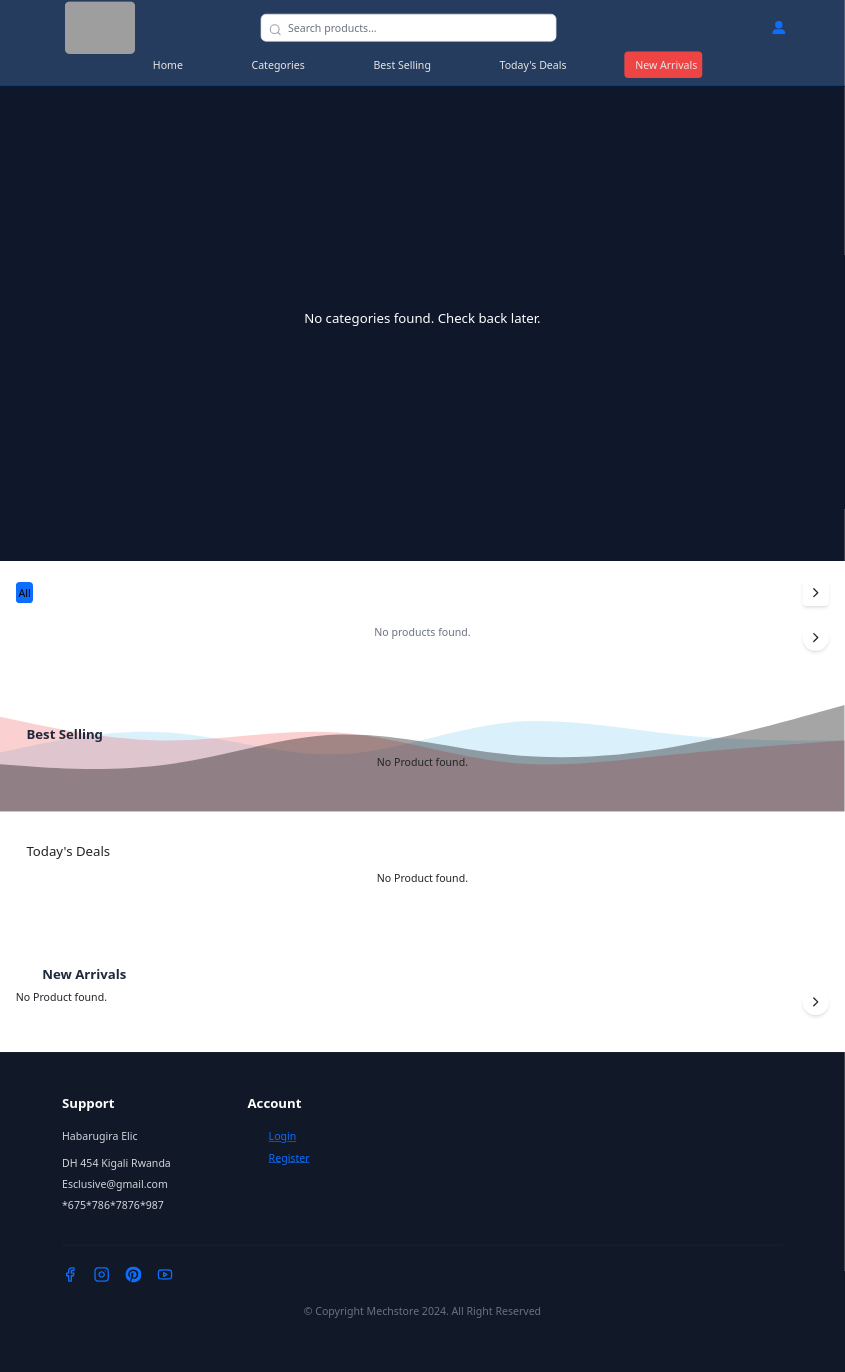
Repository: magicdeveloper250/future
Page: / (app in frontend/)
These files come from the project's save history. The page is drawn as it stood at one moment and after the next save; the edit follows.
The browser window is 1280 px wide. The pictures show the whole page, at 66% of full size.
Pictures or frames that could not be fetched are drawn as grey boxes. The page's requests for data from a server got no answer. The project was rebuilt for these pictures with package versions that can differ from the ones it lists, and the page was loaded fresh each time. No one was signed in, and anything a server would have sent is missing. Also part of the build but not shown: frontend/vite.config.js, frontend/src/hooks/useUser.js, frontend/src/components/Sidebar.jsx, frontend/src/components/Header.jsx, frontend/src/pages/DashboardPage.jsx, frontend/src/pages/ProductPage.jsx, frontend/src/components/ProductT.jsx, frontend/src/components/Card.jsx and 18 more.

Above is the page before, as saved 2025-03-26 16:20:49.

### frontend/src/index.css
@import url('https://fonts.googleapis.com/css2?family=Lexend:wght@100..900&display=swap');

@tailwind base;
@tailwind components;
@tailwind utilities;
@layer utilities {
    .no-scrollbar::-webkit-scrollbar {
      display: none;
    }
    .no-scrollbar {
      -ms-overflow-style: none;
      scrollbar-width: none;
    }
  }

.index-nav-container{
    display: flex;
    flex-direction: column;
}
.navbar-brand{
    width: 100px;
    height: 50px;
}
.main-container{
display: flex;
flex-direction: column;
margin-top: 130px;
}
.hero{
    display: flex;
    justify-content: space-between;
}
#categories{
    display: flex;
    justify-content: center;
    align-items: center;

}

.orders-container {
    width: 100%;
    display: grid;
    grid-template-columns: repeat(auto-fit, minmax(250px, 1fr));
    place-items: center;
    gap: 1em;
}
.arrivals-container {
    width: 100%;
    display:  flex;
    justify-content: center;
    flex-wrap: wrap;
    align-items: center;

    gap: 1em;
}

@media (max-width: 768px) {
    .main-container {
      display: flex;
      flex-direction: column;
      margin-top: 80px;
    }
  }

### frontend/src/pages/HomePage.jsx
import Sidebar from "../components/Sidebar"
import Card from "../components/Card"
import { BsBag, BsTruck, BsCart4 } from "react-icons/bs";
import FantasticHomeNavbar from "../components/FantasticHomeNavbar/FantasticHomeNavbar"
import Categories from "../components/Categories/Categories"
import NewArrivals from "../components/NewArrivals/NewArrivals"
import HeroCarousel from "../components/HeroCarousel/HeroCarousel";
import Footer from "../components/Footer";
import BestSelling from "../components/BestSelling";
import TodayDeals from "../components/TodayDeals";
function HomePage() {
  return  <>
          <section id="header">
              <FantasticHomeNavbar/>
          </section>

          <div className="main-container">
              <div id="hero" className="flex justify-between">

                   <HeroCarousel/>
              </div>
              <section id="categories">
              <Categories/>
              </section>

              <section id="best-selling">
                <BestSelling/>
              </section>

              <section id="today-deals">
                <TodayDeals/>
              </section>
              <section id="new-arrivals">
                <NewArrivals/>

              </section>
              <section id="footer">
                <Footer/>
              </section>
          </div>




  </>
}

export default HomePage

### frontend/src/contexts/ErrorContext.jsx
import { createContext, useState } from "react";
const ErrorContext = createContext(null);
export const ErrorContextProvider = ({ children }) => {
  const [error, setError] = useState();
  return (
    <ErrorContext.Provider value={{ error, setError }}>
      {children}
    </ErrorContext.Provider>
  );
};

export default ErrorContext;

### frontend/src/contexts/ToastContext.jsx
import { Children, createContext, useState } from "react";

const ToastContext = createContext(null);

export const ToastProvider = ({ children }) => {
  const [toastMessage, setToastMessage] = useState();
  return (
    <ToastContext.Provider value={{ toastMessage, setToastMessage }}>
      {children}
    </ToastContext.Provider>
  );
};

export default ToastContext;

### frontend/src/components/Toast.jsx
import { useEffect, useState } from "react";
import useToast from "../hooks/useToast";

const ToastContainer = ({ position = "bottom-end", className, children }) => {
  const positionClasses = {
    "top-start": "top-0 left-0",
    "top-center": "top-0 left-1/2 -translate-x-1/2",
    "top-end": "top-0 right-0",
    "middle-start": "top-1/2 left-0 -translate-y-1/2",
    "middle-center": "top-1/2 left-1/2 -translate-x-1/2 -translate-y-1/2",
    "middle-end": "top-1/2 right-0 -translate-y-1/2",
    "bottom-start": "bottom-0 left-0",
    "bottom-center": "bottom-0 left-1/2 -translate-x-1/2",
    "bottom-end": "bottom-0 right-0",
  };

  return (
    <div className={`fixed p-3 z-50 ${positionClasses[position]} ${className}`}>
      {children}
    </div>
  );
};

const Toast = ({ onClose, show, delay, autohide, bg, children }) => {
  const bgColors = {
    success: "bg-green-500 text-white",
    danger: "bg-red-500 text-white",
    warning: "bg-yellow-500 text-black",
    info: "bg-blue-500 text-white",
    primary: "bg-blue-600 text-white",
    secondary: "bg-gray-600 text-white",
    light: "bg-gray-100 text-black",
    dark: "bg-gray-800 text-white",
  };

  useEffect(() => {
    if (show && autohide) {
      const timer = setTimeout(() => {
        onClose();
      }, delay);
      return () => clearTimeout(timer);
    }
  }, [show, autohide, delay, onClose]);

  if (!show) return null;

  return (
    <div
      className={`
        rounded shadow-lg min-w-[200px] max-w-[350px]
        transition-opacity duration-300 ease-in-out
        ${bgColors[bg] || bgColors.light}
      `}
    >
      <div className="relative">
        <button
          onClick={onClose}
          className="absolute right-2 top-2 text-current opacity-70 hover:opacity-100"
        >
          ×
        </button>
        <div className="p-3">
          {children}
        </div>
      </div>
    </div>
  );
};

function MyToast() {
  const { toastMessage } = useToast();
  const [show, setShow] = useState(false);

  useEffect(() => {
    setShow(true);
  }, [toastMessage]);

  return (
    toastMessage && (
      <ToastContainer position="bottom-end" className="p-3">
        <Toast
          onClose={() => setShow(false)}
          show={show}
          delay={3000}
          autohide
          bg={toastMessage.variant.toLowerCase()}
        >
          <div>{toastMessage.message}</div>
        </Toast>
      </ToastContainer>
    )
  );
}

export default MyToast;

### frontend/src/contexts/userSessionContext.jsx
import { createContext, useState } from "react";

const userSessionContext = createContext({});
export const AuthProvider = ({ children }) => {
  const [auth, setAuth] = useState();
  return (
    <userSessionContext.Provider value={{ auth, setAuth }}>
      {children}
    </userSessionContext.Provider>
  );
};
export default userSessionContext;

### frontend/src/contexts/MessagesContext.jsx
import { createContext, useState } from "react";

const MessagesContext = createContext(null);

export const MessagesProvider = ({ children }) => {
  const [newMessage, setMessage] = useState([]);
  const setNewMessage = (message) => {
    setMessage((prev) => {
      const isDuplicate = prev.some(msg =>
        JSON.stringify(msg) === JSON.stringify(message)
      );
      return isDuplicate ? prev : [...prev, message];
    });
  };
  const clearMessages = () => {
    setMessage([]);
  };
  return (
    <MessagesContext.Provider value={{ newMessage, setNewMessage, clearMessages }}>
      {children}
    </MessagesContext.Provider>
  );
};

export default MessagesContext;

### frontend/src/components/MessageToast.jsx
import React, { useEffect, useState, useRef } from 'react';
import { X } from 'lucide-react';
import useMessages from '../hooks/useMessages';

const ToastContainer = ({ position = 'bottom-end', children }) => {
  const positionClasses = {
    'top-start': 'top-4 left-4',
    'top-center': 'top-4 left-1/2 -translate-x-1/2',
    'top-end': 'top-4 right-4',
    'middle-start': 'top-1/2 left-4 -translate-y-1/2',
    'middle-center': 'top-1/2 left-1/2 -translate-x-1/2 -translate-y-1/2',
    'middle-end': 'top-1/2 right-4 -translate-y-1/2',
    'bottom-start': 'bottom-4 left-4',
    'bottom-center': 'bottom-4 left-1/2 -translate-x-1/2',
    'bottom-end': 'bottom-4 right-4',
  };

  return (
    <div className={`fixed z-50 ${positionClasses[position]}`}>
      {children}
    </div>
  );
};

const Toast = ({ onClose, show, delay = 3000, autohide = true, variant = 'info', title, children, sound = '/notification.mp3' }) => {
  const audioRef = useRef(null);
  const variants = {
    success: 'bg-green-500 text-white',
    danger: 'bg-red-500 text-white',
    warning: 'bg-yellow-500 text-black',
    info: 'bg-blue-500 text-white',
    primary: 'bg-blue-600 text-white',
    secondary: 'bg-gray-600 text-white',
    light: 'bg-gray-100 text-black',
    dark: 'bg-gray-800 text-white',
  };

  useEffect(() => {
    if (show) {
      audioRef.current?.play().catch(err => console.log('Audio playback failed:', err));

      if (autohide) {
        const timer = setTimeout(() => {
          onClose();
        }, delay);
        return () => clearTimeout(timer);
      }
    }
  }, [show, autohide, delay, onClose]);

  if (!show) return null;

  return (
    <>
      <audio ref={audioRef} src={sound} />
      <div className={`
        transform transition-all duration-300 ease-in-out
        ${show ? 'translate-y-0 opacity-100' : 'translate-y-2 opacity-0'}
        min-w-[320px] max-w-md rounded-lg shadow-lg
        ${variants[variant]}
      `}>
        <div className="relative flex flex-col">
          {title && (
            <div className="px-4 py-2 border-b border-white/20 font-semibold">
              {title}
            </div>
          )}
          <div className="flex items-center p-4">
            <div className="flex-1 mr-4">
              {children}
            </div>
            <button
              onClick={onClose}
              className="p-1 rounded-full hover:bg-black/10 transition-colors duration-200"
              aria-label="Close notification"
            >
              <X className="w-4 h-4" />
            </button>
          </div>
        </div>
      </div>
    </>
  );
};

const MessageToast = () => {
  const { newMessage } = useMessages();
  const [show, setShow] = useState(false);

  useEffect(() => {
    if (newMessage.at(-1)?.message) {
      setShow(true);
    }
  }, [newMessage]);

  return (
    newMessage && (
      <ToastContainer position="bottom-end">
        <Toast
          show={show}
          onClose={() => setShow(false)}
          delay={3000}
          variant="info"
          title="New Message"
          sound="/notification.mp3"
        >
          <div className="font-medium">
            {newMessage.at(-1)?.message}
          </div>
        </Toast>
      </ToastContainer>
    )
  );
};

export default MessageToast;

### frontend/src/Layouts/SearchLayout.jsx
import { useEffect } from "react";
import { Outlet } from "react-router";
import useToast from "../hooks/useToast";
import axios from "../API/axios";
import useSearch from "../hooks/useSearch";

function SearchLayout() {
    const { setProducts } = useSearch();
    const { setToastMessage } = useToast();

    const getProducts = async () => {
        try {
            const resp = await axios.get("/api/product/viewAll-product");
            setProducts(resp.data);
        } catch (error) {
            setToastMessage({
                variant: "danger",
                message: "Failed to fetch data"
            });
        }
    };

    useEffect(() => {
        getProducts();
        const intervalId = setInterval(getProducts, 300000);
        return () => {
            clearInterval(intervalId);
        };
    }, []);

    return <Outlet />;
}

export default SearchLayout;

### frontend/src/contexts/SearchContext.jsx
import { createContext, useState } from "react";

const SearchContext = createContext(null);

export const SearchProvider = ({ children }) => {
  const [products, setProducts] = useState([]);
  return (
    <SearchContext.Provider value={{ products, setProducts }}>
      {children}
    </SearchContext.Provider>
  );
};

export default SearchContext;

### frontend/src/components/Footer.jsx
import React from 'react';
import { Facebook, Instagram, Youtube } from 'lucide-react';
import { Link } from 'react-router';

const PinterestIcon = () => (
  <svg
    viewBox="0 0 24 24"
    className="w-6 h-6"
    fill="currentColor"
  >
    <path d="M12 0a12 12 0 0 0-4.37 23.17c-.1-.937-.2-2.38.042-3.4.217-.937 1.407-5.965 1.407-5.965s-.358-.72-.358-1.78c0-1.67.967-2.915 2.17-2.915 1.024 0 1.518.77 1.518 1.688 0 1.03-.653 2.567-.994 3.995-.285 1.194.6 2.17 1.777 2.17 2.13 0 3.77-2.25 3.77-5.5 0-2.873-2.064-4.882-5.014-4.882-3.414 0-5.418 2.562-5.418 5.207 0 1.03.397 2.138.897 2.738.098.118.112.22.083.338-.092.386-.302 1.23-.343 1.402-.054.223-.18.27-.414.162-1.543-.722-2.507-2.98-2.507-4.798 0-3.788 2.744-7.273 7.905-7.273 4.15 0 7.365 2.953 7.365 6.903 0 4.117-2.595 7.43-6.205 7.43-1.21 0-2.35-.63-2.738-1.373 0 0-.598 2.282-.744 2.84-.27 1.03-1 2.32-1.484 3.105A12 12 0 1 0 12 0z"/>
  </svg>
);

const Footer = () => {
  return (
    <footer className="bg-gray-900 text-gray-300 py-16">
      <div className="container mx-auto px-4">
        <div className="grid grid-cols-1 md:grid-cols-4 gap-8">
          <div>
            <h2 className="text-white text-xl font-semibold mb-4">Support</h2>
            <div className="space-y-2">
              <p>Habarugira Elic</p>
              <p>DH 454 Kigali Rwanda</p>
              <p>Esclusive@gmail.com</p>
              <p>*675*786*7876*987</p>
            </div>
          </div>

          <div>
            <h2 className="text-white text-xl font-semibold mb-4">Account</h2>
            <ul className="space-y-2">
              <li><Link to="login" className="hover:text-white">Login</Link></li>
              <li><Link to="register" className="hover:text-white">Register</Link></li>
            </ul>
          </div>


        </div>

        <div className="mt-12 pt-8 border-t border-gray-800">
          <div className="flex gap-6">
            <a href="#" className="hover:text-white">
              <Facebook className="w-6 h-6" />
            </a>
            <a href="#" className="hover:text-white">
              <Instagram className="w-6 h-6" />
            </a>
            <a href="#" className="hover:text-white">
              <PinterestIcon />
            </a>
            <a href="#" className="hover:text-white">
              <Youtube className="w-6 h-6" />
            </a>
          </div>
        </div>

        <div className="mt-8 text-center text-gray-500">
          <p>© Copyright Mechstore 2024. All Right Reserved</p>
        </div>
      </div>
    </footer>
  );
};

export default Footer;

### frontend/src/components/TodayDeals.jsx
import { useEffect, useState } from "react";
import ProductCard from "./ProductCard";
import axios from "../API/axios";
function TodayDeals() {
 const[products, setProducts]= useState([])
   const getProducts= async()=>{
     try {
         const resp= await axios.get("/api/product/today-deals")
         setProducts(resp.data)

     } catch (error) {

     }
   }
   useEffect(()=>{
    getProducts()
   },[])
  return <div className="w-full flex flex-col my-4 justify-center">

    <div className="w-full flex   gap-2 flex-col my-4">
                <h5 className="ml-10">Today's Deals</h5>
                <div
            className="arrivals-container"
            >
            {products.length>0?products?.map((product, index) => (
                <ProductCard
                product={product}
                key={product.name}
                />
            )):<p className="netflix-no-content">No Product found.</p>}
            </div>
  </div>
  </div>

}

export default TodayDeals;

### frontend/src/components/FantasticHomeNavbar/FantasticHomeNavbar.css
.toolbar-container{
  display:flex;
  justify-content: space-between;
  gap: 2rem;
  margin-bottom: 1rem;
}

.search-box *, .search-box{
  background-color: #111C2F;

}
.search-box{
  border: 1px solid white;
  border-radius: 20px;
}
.search-box input:focus{
    background-color: white;
    color: black;
    padding: 10px;
    border-radius: 10px;


}
.fantstic-nav-container {
    position: relative;
    display: flex;
    flex-direction: column;

  }
  .navbar-container{
    display: flex;
    flex-direction: column;
  }
  .fantstic-nav-container .links-container {
    display: flex;
    justify-content: space-evenly;
    align-items: center;
    gap: 1rem;
    list-style: none;
    padding: 0;
    margin: 0;
  }
  .menu-text{
    background:linear-gradient(45deg, var(--primary-site-color), rgba(0, 0, 0, 0.599));

  }

  .link-item {
    padding: 0 1em;
  }
  .login-text{
    display: none;
  }
  .link-item a {
    text-decoration: none;
    font-size: var(--font-size-md);
    color: rgb(231, 230, 230);
  }

  .link-item a.active {

    color:  white;
    background-color: #101223;
    padding: 15px;
    border-top-left-radius: 15px;
    border-top-right-radius: 15px;

  }

  .menu-close{
    display: none;
  }
  .link-item.btn{
    background-color: rgb(231, 230, 230);
    border: none;
    padding-inline: 20px;
    padding-block: 8px;
    color: black;
    font-size: var(--font-size-sm);
    border-radius: 50px;
  }
  .link-item.btn:hover{
    opacity: 0.7;
  }



  .mobile-menu-btn{
    display: none !important;
    width: fit-content;
    margin-inline: 1em;
  }

  .navbar-container {
    display: flex;
    align-items: center;
    justify-content: space-between;
    background-color: transparent;
    position: fixed;
    top: 0;
    width: 100%;
    z-index: 10000;
    padding: 10px 1px;
    background-color:rgba(3, 30, 70, 0.862);

  }



  .navbar-container.scrolled{
    background-color: #111C2F;

  }


  .mobile-drawer{
    background-color:rgba(3, 30, 70, 0.862) ;
    height: 100%;
  }
  @media (max-width: 768px) {


    .navbar-container .nav-header{
      font-size: 0.9em;
     }
     .navbar-brand{
      width: 70%;
     }

    .mobile-menu-btn{
      display: block !important;
      color: rgba(255, 255, 255, 0.84);
    }


    .fantstic-nav-container .links-container{
      display: none;


    }
    .search-controls{
      display: flex;
      flex-direction: column;
      justify-content: start;
      align-items: center;
    }
    .toolbar-container{
      display: flex;
      width: 100vw;
      padding-inline: 0px;
      justify-content: start;
      align-items: center;
      gap: 10px;
    }





  }

### frontend/src/components/CategoriesScroller/CategoriesScroller.jsx
import { useEffect,useRef, useState } from "react";
import { ChevronLeft, ChevronRight } from "lucide-react";

const CARD_WIDTH = 200;

const CategoriesScroller = ({categories=[], onSelectCategory}) => {

  const [selectedFilter, setSelectedFilter] = useState("All");
  const containerRef = useRef();

  const [scrollPosition, setScrollPosition] = useState(0);
  const [hideRight, setHideRight] = useState(false);




  const scroll = (direction) => {
    if (containerRef.current) {
      const scrollAmount = direction === 'left' ? -CARD_WIDTH : CARD_WIDTH;
      containerRef.current.scrollBy({ left: scrollAmount, behavior: 'smooth' });
    }
  };



  useEffect(() => {
    const container = containerRef.current;
    const updateScroll = () => {
      const maxScrollLeft = container.scrollWidth - container.clientWidth;
      setScrollPosition(container.scrollLeft);
      setHideRight(container.scrollLeft >= maxScrollLeft - 1);
    };

    container.addEventListener("scroll", updateScroll);
    return () => container.removeEventListener("scroll", updateScroll);
  }, []);
useEffect(()=>{
    onSelectCategory(selectedFilter)
},[selectedFilter])
  return (
    <div className="w-full">

        <div className="relative">
        <button
          onClick={() => scroll('left')}
          className={`absolute left-0 top-1/2 -translate-y-1/2 z-10 p-2 rounded bg-white shadow-md hover:bg-gray-100 transition-opacity ${
            scrollPosition > 0 ? "opacity-100" : "opacity-0"
          }`}
          disabled={scrollPosition <= 0}
        >
          <ChevronLeft className="w-6 h-6" />
        </button>

        <div
          ref={containerRef}
          className="flex gap-1 overflow-x-auto scroll-smooth no-scrollbar"
          style={{
            scrollSnapType: "x mandatory",
            scrollBehavior: "smooth",
            WebkitOverflowScrolling: "touch",
          }}
        >
          {categories.length > 0 ? (
             categories.map((type) => (
              <button
                key={type}
                onClick={() => setSelectedFilter(type)}
                className={`p-1 rounded-md transition-colors flex-none ${
                  selectedFilter === type
                    ? "bg-primary text-black"
                    : "bg-gray-100 hover:bg-gray-200 text-gray-800 "
                }`}
              >
                {type}
              </button>
            ))
          ) : (
            <p className="text-gray-500 text-center w-full py-8">
              No categories found.
            </p>
          )}
        </div>

        <button
          onClick={() => scroll('right')}
          className={`absolute right-0 top-1/2 -translate-y-1/2 z-10 p-2 rounded bg-white shadow-md hover:bg-gray-100 transition-opacity ${
            !hideRight ? "opacity-100" : "opacity-0"
          }`}
          disabled={hideRight}
        >
          <ChevronRight className="w-6 h-6" />
        </button>
      </div>

        </div>

  );
};

export default CategoriesScroller;

Loaded but not shown: frontend/index.html (common file); frontend/src/main.jsx (common file); frontend/src/hooks/useUserAxios.js (43 lines, source omitted); frontend/src/hooks/useRefreshToken.js (24 lines, source omitted); frontend/tailwind.config.js (18 lines, source omitted); frontend/src/API/axios.js (12 lines, source omitted); frontend/src/hooks/useAuth.js (7 lines, source omitted); frontend/src/hooks/useMessages.js (8 lines, source omitted); frontend/src/hooks/useSearch.js (8 lines, source omitted); frontend/src/hooks/useToast.js (8 lines, source omitted); frontend/src/components/HeroCarousel/HeroCarousel.jsx (254 lines, source omitted); frontend/src/components/FantasticHomeNavbar/FantasticHomeNavbar.jsx (181 lines, source omitted); frontend/src/components/SearchBar.jsx (162 lines, source omitted); frontend/src/components/Categories/Categories.jsx (136 lines, source omitted); frontend/src/App.jsx (83 lines, source omitted); frontend/src/components/NewArrivals/NewArrivals.jsx (106 lines, source omitted); frontend/src/components/BestSelling.jsx (91 lines, source omitted)

After the next save:
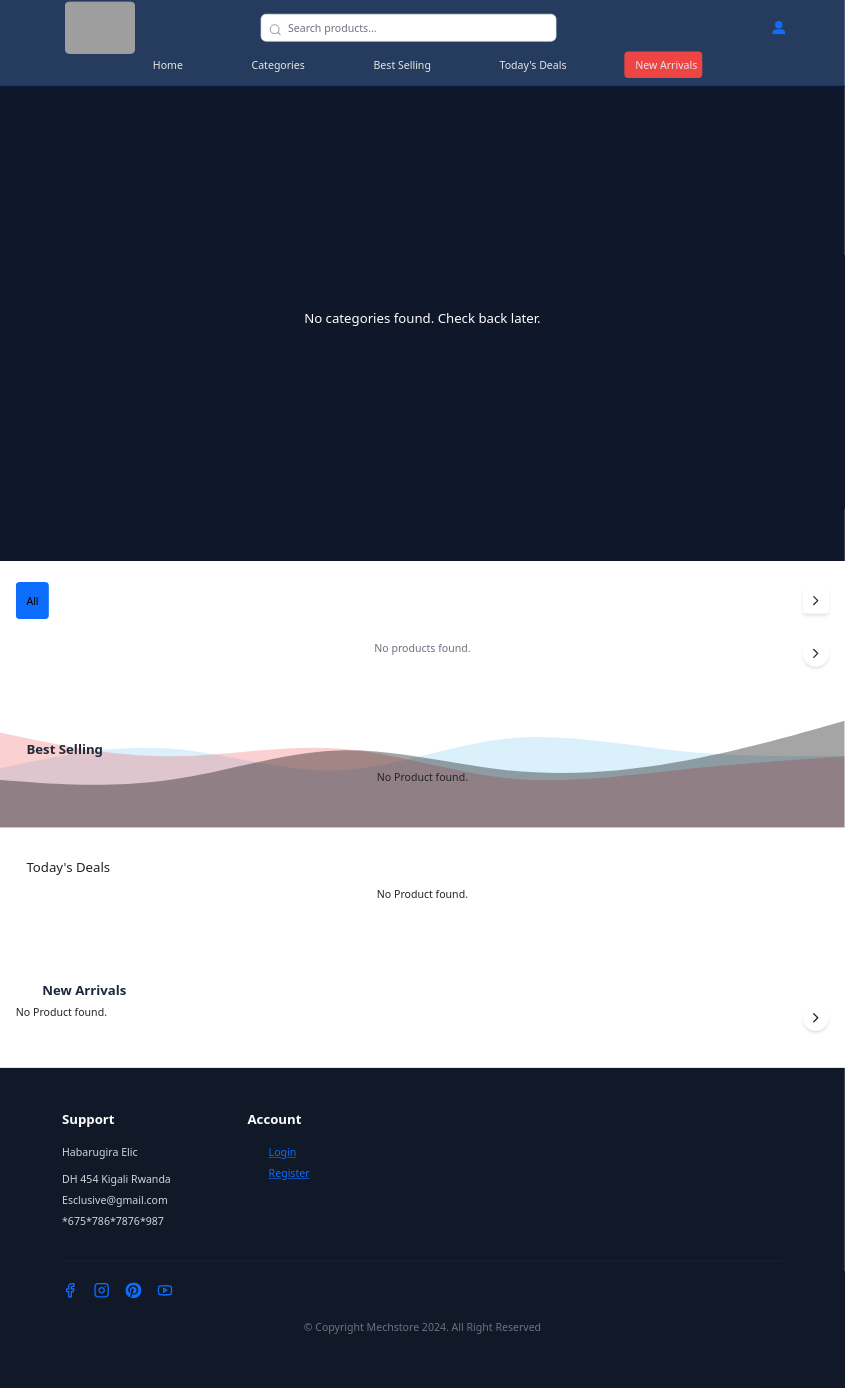
Saved 16 s later.
--- a/frontend/src/components/CategoriesScroller/CategoriesScroller.jsx
+++ b/frontend/src/components/CategoriesScroller/CategoriesScroller.jsx
@@ -65,7 +65,7 @@ useEffect(()=>{
               <button
                 key={type}
                 onClick={() => setSelectedFilter(type)}
-                className={`p-1 rounded-md transition-colors flex-none ${
+                className={`p-3 rounded-md transition-colors flex-none ${
                   selectedFilter === type
                     ? "bg-primary text-black"
                     : "bg-gray-100 hover:bg-gray-200 text-gray-800 "
